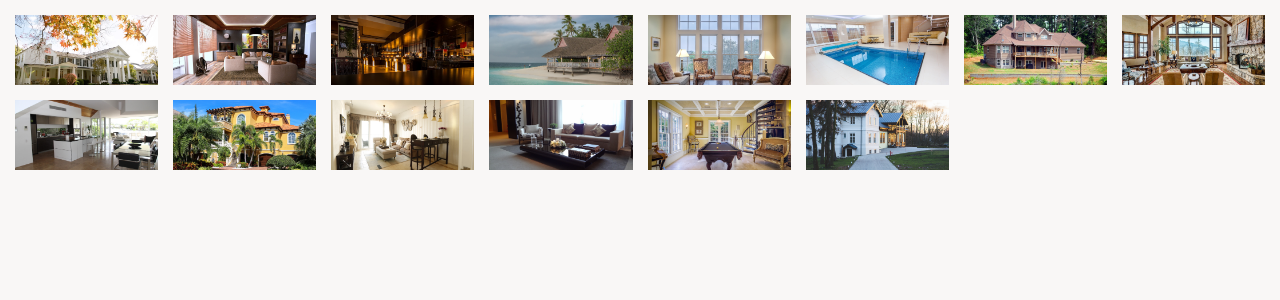
Repository: mikitran721/CSS3
Page: index.html
These files come from the project's save history. The page is drawn as it stood at one moment and after the next save; the edit follows.
The browser window is 1280 px wide. The pictures show the whole page.

Above is the page before, as saved 2023-06-18 03:52:47.

After the next save:
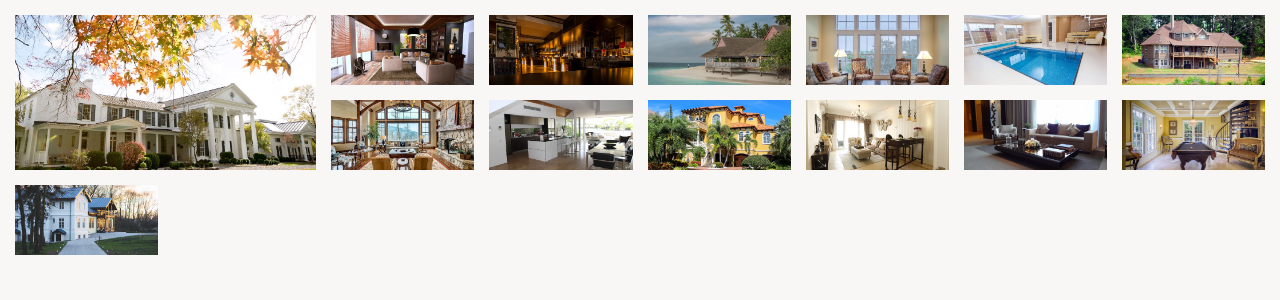
Saved 61 s later.
--- a/style.css
+++ b/style.css
@@ -159,4 +159,6 @@ html {
 }
 
 .gallery__item--1 {
+  grid-column: 1/3;
+  grid-row: 1/3;
 }
